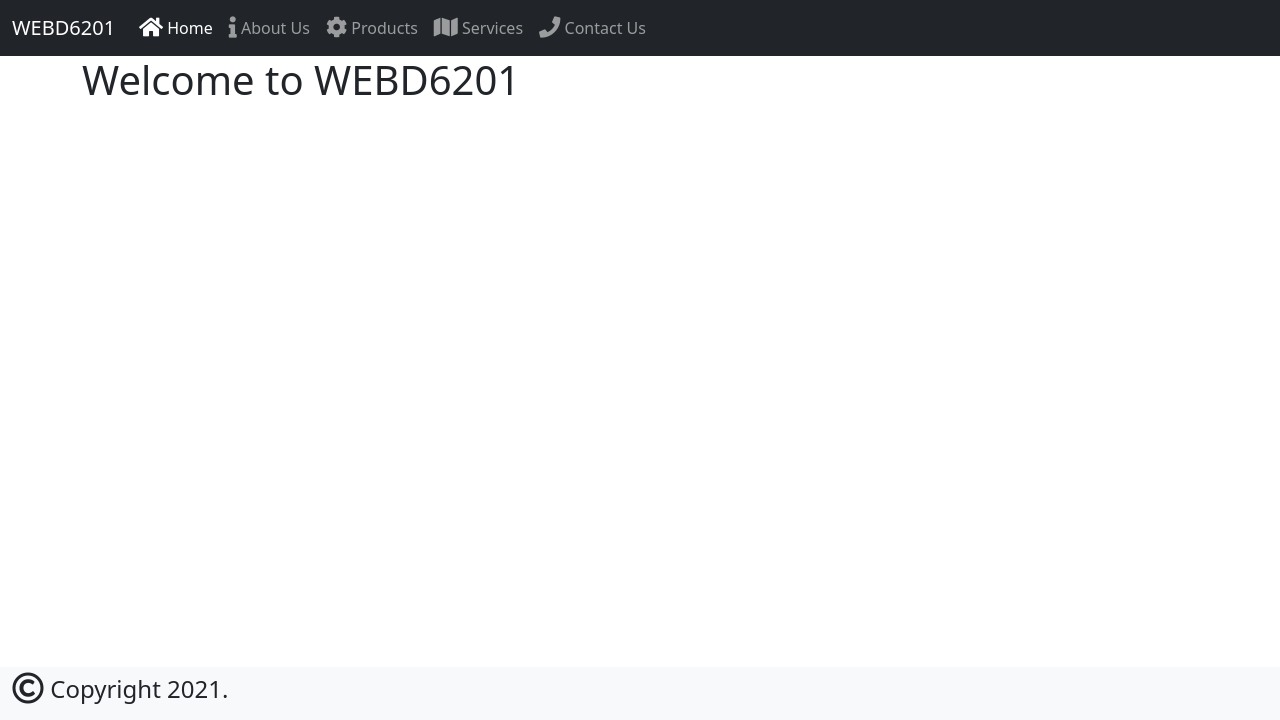
Repository: YiuWingLau/WEBD6201-W2021-Lab1
Page: index.html
These files come from the project's save history. The page is drawn as it stood at one moment and after the next save; the edit follows.
The browser window is 1280 px wide. The pictures show the whole page.

Above is the page before, as saved 2021-02-03 14:58:59.
Console error: SyntaxError: Unexpected token '<'

### index.html
<!DOCTYPE html>
<html lang="en">
<head>
    <meta charset="UTF-8">
    <meta name="viewport" content="width=device-width, initial-scale=1.0">
    <title>Home</title>

    <!--CSS Section -->
    <link rel="stylesheet" href="./node_modules/bootstrap/dist/css/bootstrap.min.css">
    <link rel="stylesheet" href="./node_modules/@fortawesome//fontawesome-free/css/all.min.css">
    <link rel="stylesheet" href="./Content/app.css">
</head>
<body>
    <!-- Main Header-->
    <header>
      <!-- Main Navigation-->
        <nav class="navbar navbar-expand-lg navbar-dark bg-dark">
            <div class="container-fluid">
              <a class="navbar-brand" href="index.html">WEBD6201</a>
              <button class="navbar-toggler" type="button" data-bs-toggle="collapse" data-bs-target="#navbarSupportedContent" aria-controls="navbarSupportedContent" aria-expanded="false" aria-label="Toggle navigation">
                <span class="navbar-toggler-icon"></span>
              </button>
              <div class="collapse navbar-collapse" id="navbarSupportedContent">
                <ul class="navbar-nav me-auto mb-2 mb-lg-0">

                    <li class="nav-item">
                      <a class="nav-link active" aria-current="page" href="index.html"><i class="fas fa-home fa-lg"></i> Home</a>
                    </li>

                    <li class="nav-item">
                      <a class="nav-link" aria-current="page" href="about.html"><i class="fas fa-info fa-lg"></i> About Us</a>
                    </li>
                    <li class="nav-item">
                      <a class="nav-link" aria-current="page" href="products.html"><i class="fas fa-cog fa-lg"></i> Products</a>
                    </li>
                    <li class="nav-item">
                      <a class="nav-link" aria-current="page" href="services.html"><i class="fas fa-map fa-lg"></i> Services</a>
                    </li>
                    <li class="nav-item">
                      <a class="nav-link" aria-current="page" href="contact.html"><i class="fas fa-phone fa-lg"></i> Contact Us</a>
                    </li>
                </ul>
              </div>
            </div>
        </nav>
    </header>
    <!-- Main Content -->
    <main class="container">
        <h1>Welcome to WEBD6201</h1>
        <p id="paragraphOne" class="fs-3"></p>
    </main>
    <!-- Main Footer -->
    <footer>
        <nav class="navbar fixed-bottom navbar-light bg-light">
            <div class="container-fluid">
              <h4><i class="far fa-copyright fa-lg"></i> Copyright 2021.</a></h4>
            </div>
        </nav>
    </footer>
    <!-- JavaScript Section -->
    <script src="./node_modules/jquery/dist/jquery.min.js"></script>
    <script src="./node_modules/bootstrap/dist/js/bootstrap.bundle.min.js"></script>
    <script src="./Scripts/app.js"></script>
</body>
</html>

### Scripts/app.js
/* custom JavaScript goes here */

//IIFE - Immediately Invoked Function Expression
//AKA - Anonymous Self-Executing Function
//Closure - limits scope leak

"use strict";

(function()
{
    function displayHome()
    {
        let paragraphOneText =
          "This is a simple site to demonstrate DOM Manipulation for ICE 1";

        let paragraphOneElement = document.getElementById("paragraphOne");

        paragraphOneElement.textContent = paragraphOneText;
        paragraphOneElement.className = "fs-5";

        // Step 1. document.createElement
        let newParagraph = document.createElement("p");
        // Step 2. configure the element
        newParagraph.setAttribute("id", "paragraphTwo");
        newParagraph.textContent = "...And this is paragraph two";
        // Step 3. select the parent element
        let mainContent = document.getElementsByTagName("main")[0];
        // Step 4. Add / Insert the element
        mainContent.appendChild(newParagraph);

        newParagraph.className = "fs-6";

        // another way of injecting content
        let paragraphDiv = document.createElement("div");
        let paragraphThree = `<p id="paragraphThree" class="fs-7 fw-bold">And this is the Third Paragraph</p>`;
        paragraphDiv.innerHTML = paragraphThree;

        // insertions

        // example of inserting before a node
        //newParagraph.before(paragraphDiv);

        // example of inserting after a node
        newParagraph.after(paragraphDiv);

        // deletions

        // example of removing a single element
        //paragraphOneElement.remove();

        // example of removeChild
        mainContent.removeChild(paragraphOneElement);

        // update / modification
        //mainContent.firstElementChild.textContent = "Welcome Home!";

        mainContent.innerHTML = `<h1 id="firstHeading">Welcome to WEBD6201 - Lab 1</h1>
         <p id="paragraphOne" class="fs-3 fw-bold">This is my first Paragraph</p>
        `;

    }

    function displayAbout()
    {

    }

    function displayProjects()
    {

    }

    function displayServices()
    {

    }

    function displayContact()
    {
        let messageArea = document.getElementById("messageArea");
        messageArea.hidden = true;

        // form validation
        let fullName = document.getElementById("fullName");
        fullName.addEventListener("blur", function() {
            if(fullName.value.length < 2)
            {
                fullName.focus();
                fullName.select();
                messageArea.hidden = false;
                messageArea.className = "alert alert-danger";
                messageArea.textContent = "Please enter an appropriate Name";
            }
            else
            {
                messageArea.removeAttribute("class");
                messageArea.hidden = true;
            }
        });

        let sendButton = document.getElementById("sendButton");
        sendButton.addEventListener("click", function(event){
            //event.preventDefault();

            let contact = new Contact(fullName.value, contactNumber.value, emailAddress.value);

            if(contact.serialize())
            {
              localStorage.setItem((localStorage.length + 1).toString(), contact.serialize());
            }

        });
    }

    function displayContactList()
    {
      if (localStorage.length > 0)
      {
        let contactList = document.getElementById("contactList");

        let data = "";

        for (let index = 0; index < localStorage.length; index++)
        {
          let contactData = localStorage.getItem((index + 1).toString());

          let contact = new Contact();
          contact.deserialize(contactData);

          data += `<tr>
          <th scope="row">${index + 1}</th>
          <td>${contact.FullName}</td>
          <td>${contact.ContactNumber}</td>
          <td>${contact.EmailAddress}</td>
        </tr>`;
        }

        contactList.innerHTML = data;
      }
    }



    function Start()
    {
        console.log("App Started...");

        let navBarElement = getElementById("navbarSupportedContent");
        document.link = <a href="projects.html">Projects</a>;

        document.getElementById("navbarSupportedContent")[2].innerHTML = document.link;

        switch (document.title)
        {
          case "Home":
              displayHome();
            break;
          case "About":
              displayAbout();
            break;
          case "Projects":
              displayProjects();
            break;
          case "Services":
              displayServices();
            break;
          case "Contact":
              displayContact();
            break;
          case "Contact-List":
            displayContactList();
          break;
        }

    }

    window.addEventListener("load", Start);

})();

Loaded but not shown: node_modules/bootstrap/dist/css/bootstrap.min.css (library); node_modules/@fortawesome/fontawesome-free/css/all.min.css (library); node_modules/jquery/dist/jquery.min.js (library); node_modules/bootstrap/dist/js/bootstrap.bundle.min.js (library); Content/app.css (no stored copy; drawn as an empty file)

After the next save:
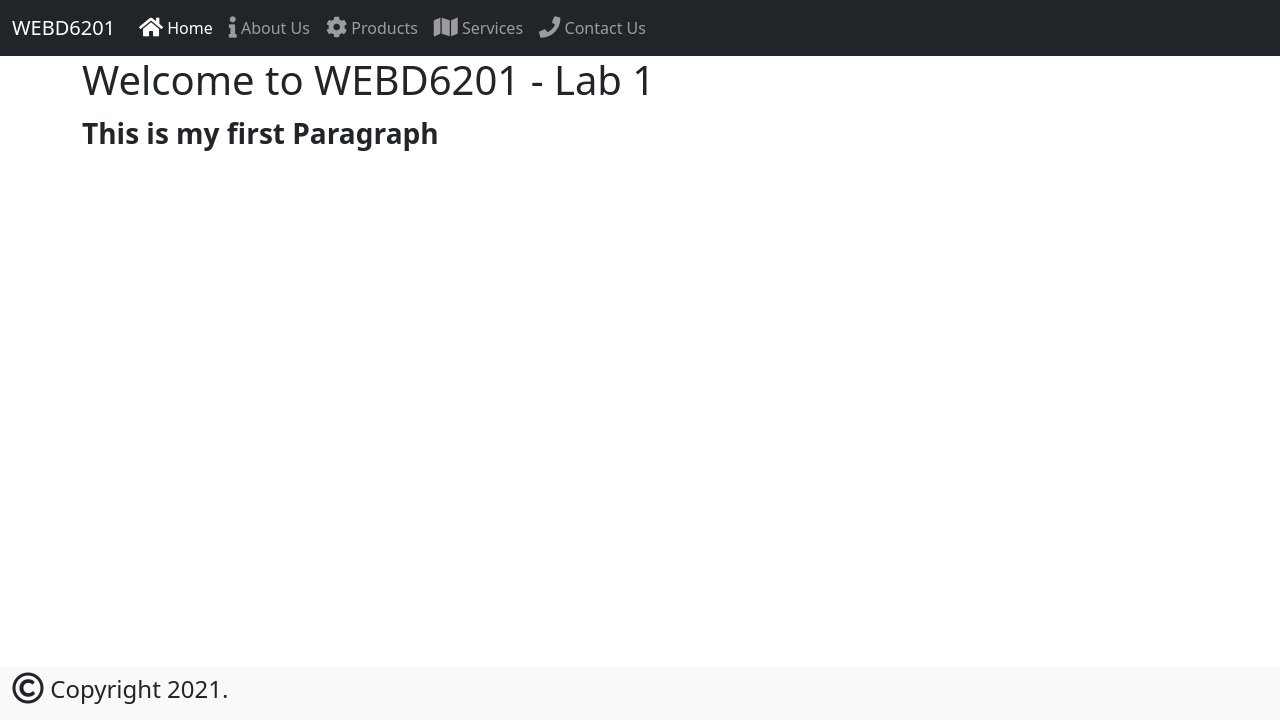
The error is gone.
Saved 118 min 58 s later.
--- a/Scripts/app.js
+++ b/Scripts/app.js
@@ -145,10 +145,13 @@
     {
         console.log("App Started...");
 
-        let navBarElement = getElementById("navbarSupportedContent");
-        document.link = <a href="projects.html">Projects</a>;
+        //document.open("text/html","replace");
+        //document.write("<a class='nav-link' aria-current='page' href='products.html'><i class="fas fa-cog fa-lg"></i> Products</a>");
 
-        document.getElementById("navbarSupportedContent")[2].innerHTML = document.link;
+        //<a id="navbarSupportedContent">Projects</a>
+        //let navBarElement = getElementById("navbarSupportedContent");
+
+        //document.getElementById("navbarSupportedContent")[2].innerHTML = document.link;
 
         switch (document.title)
         {
